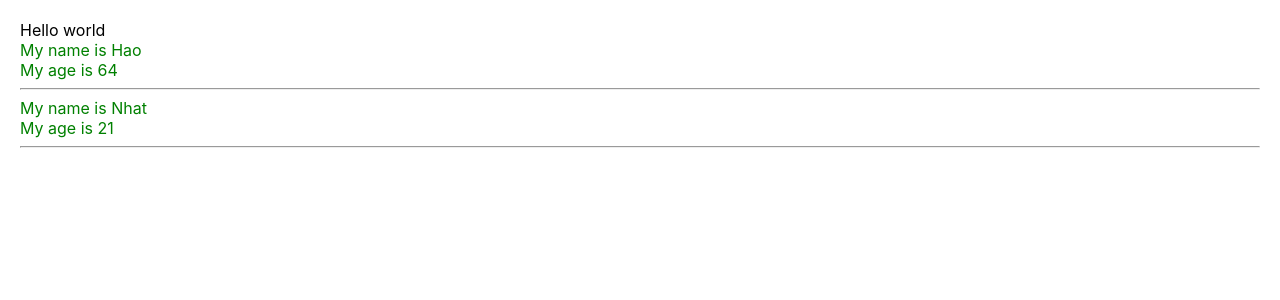
Repository: haonguyen09/reactProject
Page: /
These files come from the project's save history. The page is drawn as it stood at one moment and after the next save; the edit follows.
The browser window is 1280 px wide. The pictures show the whole page.
The project was rebuilt for these pictures with package versions that can differ from the ones it lists, and the page was loaded fresh each time.

Above is the page before, as saved 2023-08-01 16:08:22.

### src/App.js
import logo from './logo.svg';
import './App.css';
import { useDispatch, useSelector } from 'react-redux';
import { increaseCounter, decreaseCounter } from './redux/action/counterAction';
import MyComponent from './components/MyComponent';
import React from "react";


class App extends React.Component {

  render() {
    return (
      <div>
      Hello world
      <MyComponent></MyComponent>
    </div>
    )
  }
}




// const App = () => {
//   const count = useSelector(state => state.counter.count);
//   const dispatch = useDispatch();

//   return (

//     <div className="App">
//       <header className="App-header">
//         <img src={logo} className="App-logo" alt="logo" />
//         <p>
//           Hello world
//         </p>
//         <div>Count = {count}</div>
//         <button onClick={() => dispatch(increaseCounter())}>Increase</button>
//         <button onClick={() => dispatch(decreaseCounter())}>Decrease</button>
//       </header>
//     </div>
//   );
// }

export default App;

### src/App.css
.red {
  color: red;
}

.green {
  color: green;
}
body {
  padding: 20px;
  margin: 0;
  font-family: -apple-system, BlinkMacSystemFont, 'Segoe UI', 'Roboto', 'Oxygen',
    'Ubuntu', 'Cantarell', 'Fira Sans', 'Droid Sans', 'Helvetica Neue',
    sans-serif;
  -webkit-font-smoothing: antialiased;
  -moz-osx-font-smoothing: grayscale;
}

code {
  font-family: source-code-pro, Menlo, Monaco, Consolas, 'Courier New',
    monospace;
}

.App {
  text-align: center;
}

.App-logo {
  height: 40vmin;
  pointer-events: none;
}

@media (prefers-reduced-motion: no-preference) {
  .App-logo {
    animation: App-logo-spin infinite 20s linear;
  }
}

.App-header {
  background-color: #282c34;
  min-height: 100vh;
  display: flex;
  flex-direction: column;
  align-items: center;
  justify-content: center;
  font-size: calc(10px + 2vmin);
  color: white;
}

.App-link {
  color: #61dafb;
}

@keyframes App-logo-spin {
  from {
    transform: rotate(0deg);
  }
  to {
    transform: rotate(360deg);
  }
}

### src/components/MyComponent.js
import React from 'react';
// import Info from './Info';
import MyInfo from './MyInfo';

class MyComponent extends React.Component {
    // JSX
    state = {
        listUsers: [
            {id: 1, name: "NHao", age: 16},
            {id: 2, name: "Hao", age: 64},
            {id: 3, name: "Nhat", age: 21},
        ]
    }


    render() {
        return (
            <div>
                {/* <Info /> */}
                <MyInfo listUsers={this.state.listUsers} />
            </div>
            );
    };

    }



export default MyComponent;

### src/components/MyInfo.js
import React from 'react';

class MyInfo extends React.Component {



    render() {
        const { listUsers } = this.props;
        console.log(listUsers);
        return (



            <div>

                {
                    listUsers.map((user) => {
                        if (user.age > 18) {
                                return (
                            <div key ={user.id} className="green">
                                <div>My name is {user.name}</div>
                                <div>My age is {user.age }</div>
                                <hr/>
                            </div>
                            )
                        }
                })}

            </div>
        )
    }
}

export default MyInfo

Loaded but not shown: public/index.html (common file); src/index.js (common file); src/reportWebVitals.js (common file); src/redux/store.js (common file); src/redux/action/counterAction.js (common file); src/redux/reducer/rootReducer.js (common file); src/redux/reducer/counterReducer.js (common file)

After the next save:
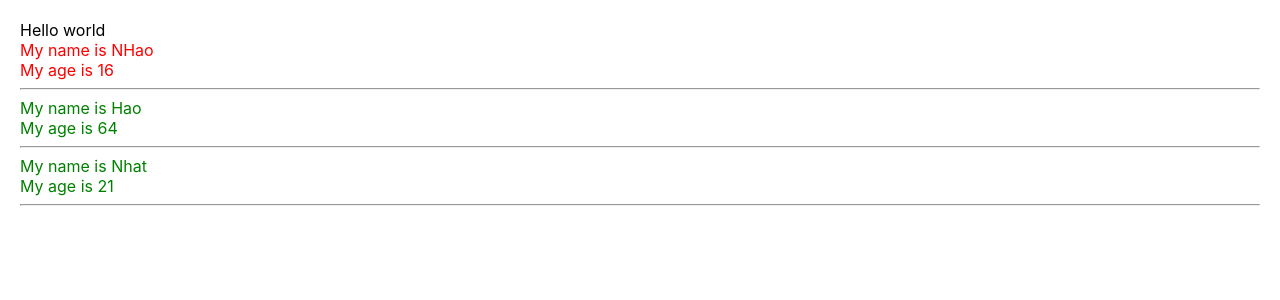
Saved 41 s later.
--- a/src/components/MyInfo.js
+++ b/src/components/MyInfo.js
@@ -16,12 +16,20 @@ class MyInfo extends React.Component {
                 {
                     listUsers.map((user) => {
                         if (user.age > 18) {
-                                return (
-                            <div key ={user.id} className="green">
-                                <div>My name is {user.name}</div>
-                                <div>My age is {user.age }</div>
-                                <hr/>
-                            </div>
+                            return (
+                                <div key ={user.id} className="green">
+                                    <div>My name is {user.name}</div>
+                                    <div>My age is {user.age }</div>
+                                    <hr/>
+                                </div>
+                            )
+                        } else {
+                            return (
+                                <div key ={user.id} className="red">
+                                    <div>My name is {user.name}</div>
+                                    <div>My age is {user.age }</div>
+                                    <hr/>
+                                </div>
                             )
                         }
                 })}
